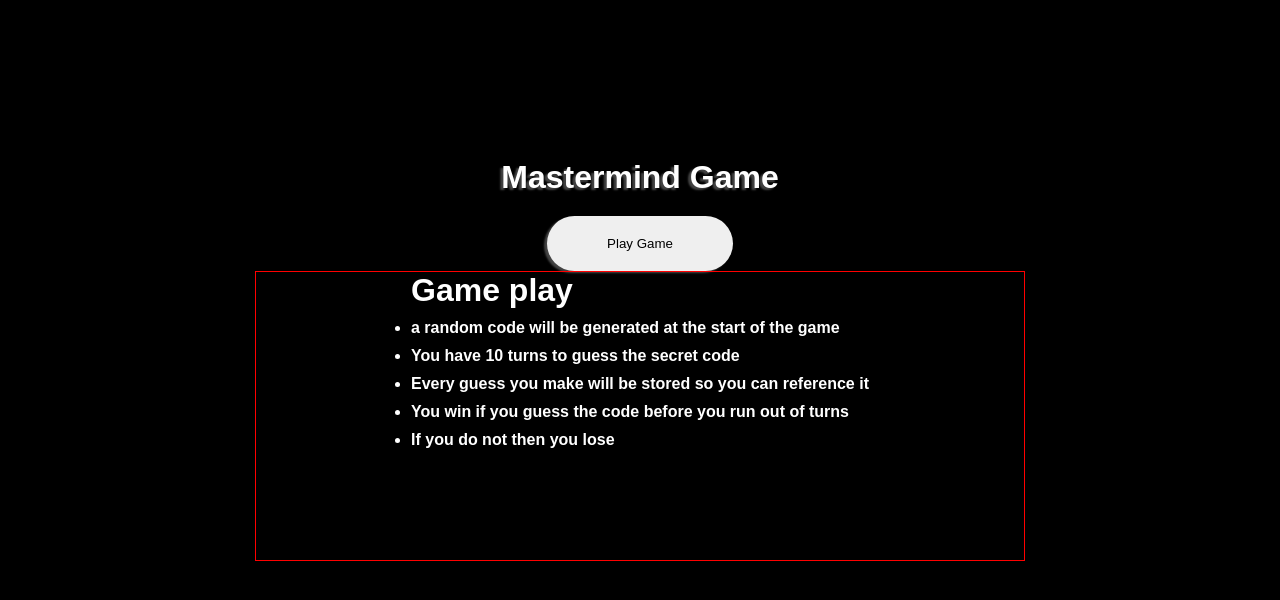
Repository: programmer686/Mastermind-with-Next.js
Page: /
The author's editor kept a copy of each file at every save. The page is drawn from the files as they stood at one save, then again after the next save.
The browser window is 1280 px wide. The pictures show the whole page.
The project was rebuilt for these pictures with package versions that can differ from the ones it lists, and the page was loaded fresh each time. The framework's server and built-in components were replaced by stand-ins that run in the browser. Also part of the build but not shown: next.config.js, src/styles/GameBoard.module.css, src/styles/PastPlay.module.css, src/comps/PastPlay.js, src/styles/GamePlay.module.css, src/comps/Logic.js, src/styles/Results.module.css, src/comps/Results.js and 3 more.

Above is the page before, as saved 2023-07-18 20:40:54.

### src/pages/index.js

import Head from 'next/head'
import Image from 'next/image'
import { Inter } from 'next/font/google'
import styles from '@/styles/Home.module.css'
import StartScreen from '@/comps/StartScreen'
import { useState } from 'react'
import GameBoard from '@/comps/GameBoard'

const inter = Inter({ subsets: ['latin'] })

export default function Home() {
  const [startGame, setStartGame] = useState(true);

  function handleStart() {
    setStartGame(prev => prev ? prev == false : prev == prev);
  }
  return (
    <>
      <Head>
        <title>Create Next App</title>
        <meta name="description" content="Generated by create next app" />
        <meta name="viewport" content="width=device-width, initial-scale=1" />
        <link rel="icon" href="/favicon.ico" />
      </Head>
     <main className={styles.index__body}>
        {startGame ? <StartScreen handleStart={handleStart}/> : <GameBoard/>}
     </main>
    </>
  )
}

### src/styles/Home.module.css


.index__body {
  margin: 0;
  padding: 0;
  box-sizing: border-box;
  width: 100vw;
  height: 100vh;
  background-color: black;
}

### src/comps/StartScreen.js
import styles from '@/styles/StartScreen.module.css'

export default function StartScreen(props) {
    return (
        <main className={styles.startscreen__body}>
            <p className={styles.startscreen__game_name}>Mastermind Game</p>
            <button onClick={props.handleStart} className={styles.startscreen__play_button}>Play Game</button>
            <div className={styles.startscreen__game_fules_container}>
                <ul >
                    <h1 className={styles.startscreen__game_fules_li}>Game play</h1>
                    <li className={styles.startscreen__game_fules_li}>a random code will be generated at the start of the game</li>
                    <li className={styles.startscreen__game_fules_li}>You have 10 turns to guess the secret code</li>
                    <li className={styles.startscreen__game_fules_li}>Every guess you make will be stored so you can reference it</li>
                    <li className={styles.startscreen__game_fules_li}>You win if you guess the code before you run out of turns</li>
                    <li className={styles.startscreen__game_fules_li}>If you do not then you lose</li>
                </ul>
            </div>
        </main>
    )
}

### src/styles/StartScreen.module.css
.startscreen__body {
    width: 100vw;
    height: 100vh;
    display: flex;
    flex-direction: column;
    align-items: center;
    justify-content: center;
}

.startscreen__play_button {
    max-width: 300px;
    padding: 20px 60px;
    border: none;
    border-radius: 40px;
    box-shadow: -3px 2px 2px rgb(68, 68, 68);
    margin-top: 10px;

}

.startscreen__game_name {
    font-size: 2rem;
    font-weight: bolder;
    font-family: Arial, Helvetica, sans-serif;
    margin-bottom: 10px;
    text-shadow: -3px 2px 2px rgb(68, 68, 68);
    color: white;
}

.startscreen__game_fules_container {
    width: 60vw;
    height: 40vh;
    display: flex;
    flex-direction: column;
    align-items: center;
    border: 1px solid red;

}

.startscreen__game_fules_li {
    font-weight: bolder;
    font-family: Arial, Helvetica, sans-serif;
    margin-bottom: 10px;
    color: white;
}

Loaded but not shown: src/pages/_app.js (common file); src/pages/_document.js (common file); src/styles/globals.css (common file)

After the next save:
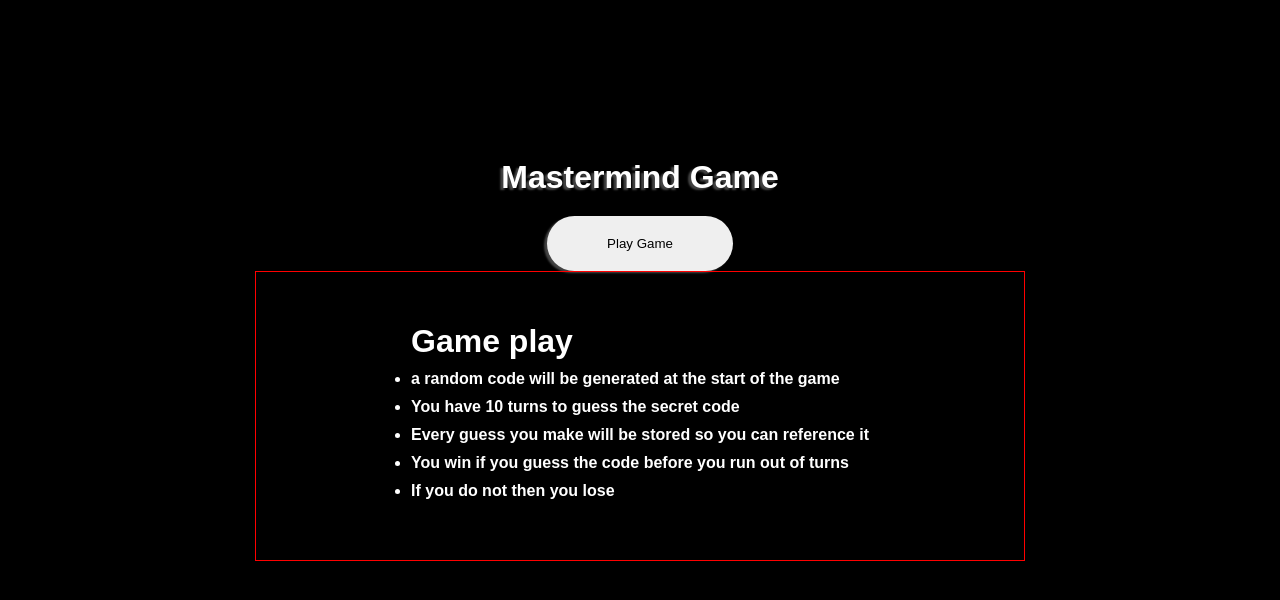
Saved 15 s later.
--- a/src/styles/StartScreen.module.css
+++ b/src/styles/StartScreen.module.css
@@ -30,7 +30,7 @@
     width: 60vw;
     height: 40vh;
     display: flex;
-    flex-direction: column;
+    justify-content: center;
     align-items: center;
     border: 1px solid red;
 
